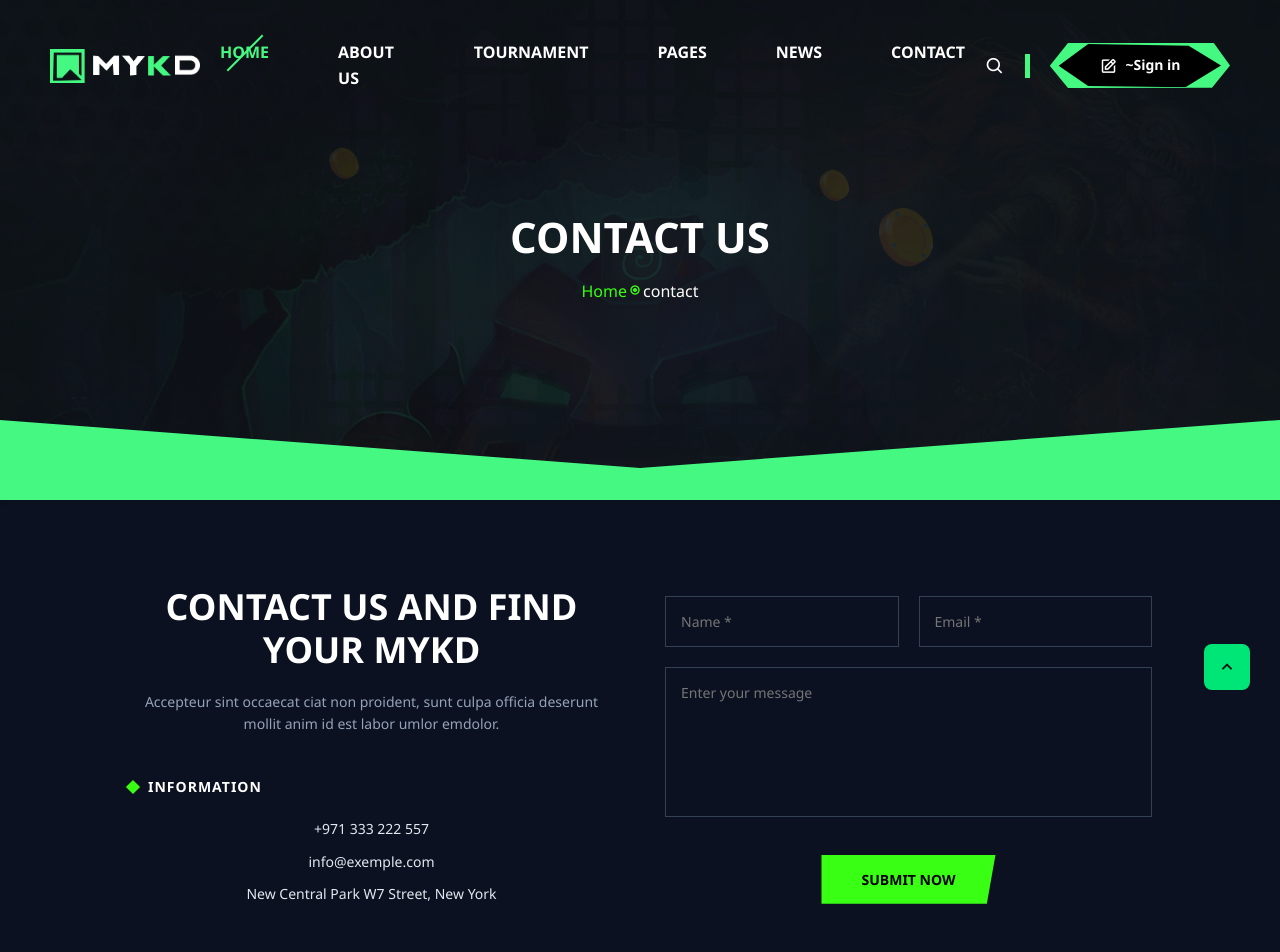
Repository: elfahl52/-MYKD-eSport-and-Gaming
Page: contact.html
The author's editor kept a copy of each file at every save. The page is drawn from the files as they stood at one save, then again after the next save.
The browser window is 1280 px wide. The pictures show the part of the page from y = 0 to 952 px (the page is 1882 px tall).
Some web fonts or font styles are not loaded; a fallback is used.

Above is the page before, as saved 2026-06-11 08:32:48.

After the next save:
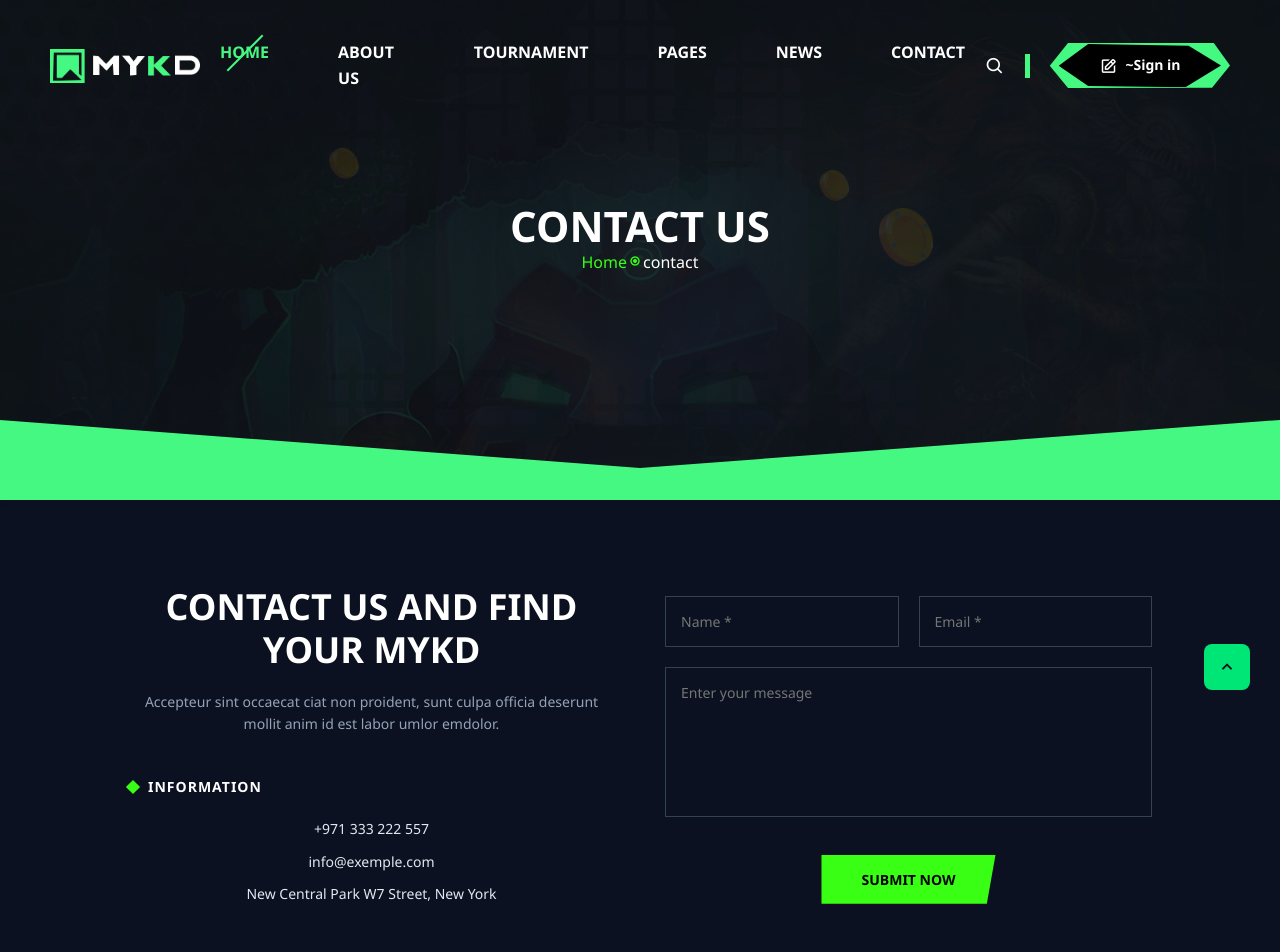
Saved 11 s later.
--- a/css/contact.css
+++ b/css/contact.css
@@ -28,7 +28,7 @@ header .content {
 header .content b {
   text-transform: uppercase;
   font-size: 42px;
-  line-height: 2;
+  line-height: 1.2px;
 }
 header .content p {
 
